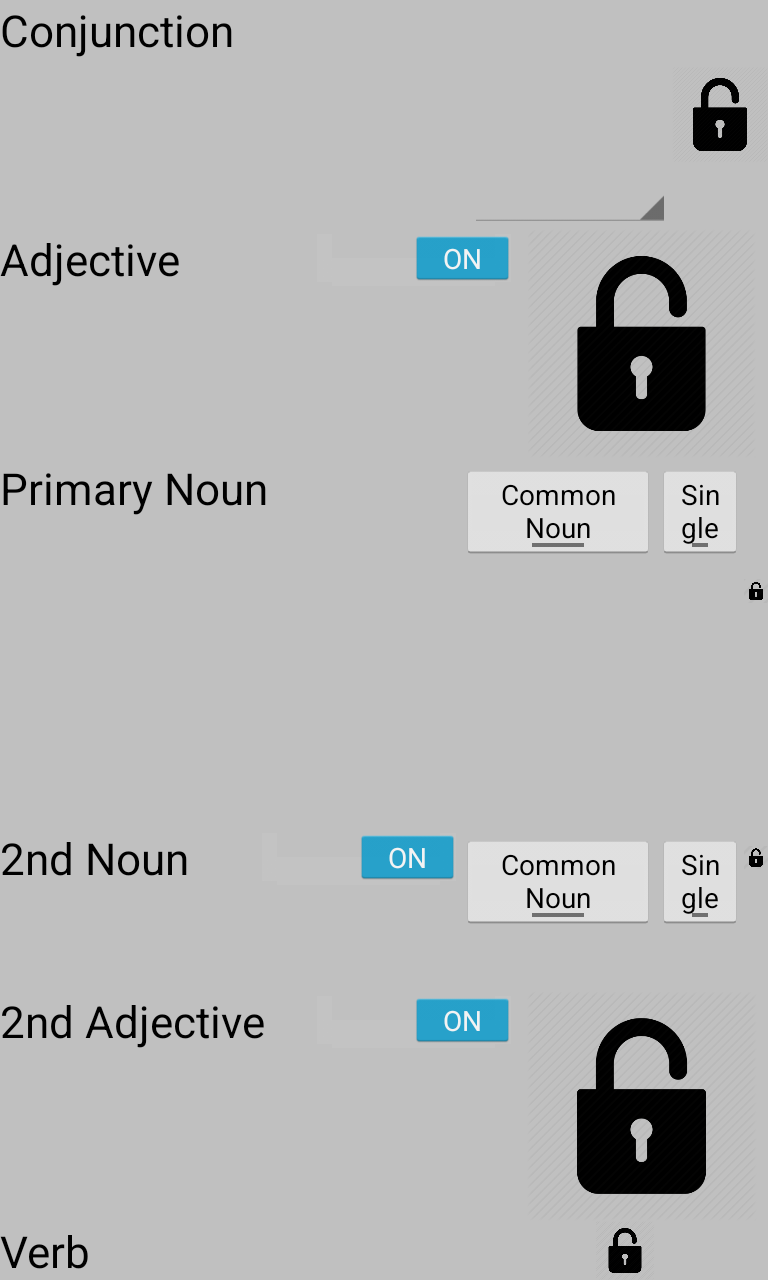
Repository: TheDizzler/TableTopTools
Layout: RPGTools/res/layout/fragment_cause_controls.xml
The author's editor kept a copy of each file at every save. The layout is drawn from the files as they stood at one save, then again after the next save.
It is drawn on a 768 x 1280 px phone screen (xhdpi) without system bars, with theme AppTheme; the app's code is not run.

Above is the layout before, as saved 2017-03-22 08:18:11.

### RPGTools/res/layout/fragment_cause_controls.xml
<?xml version="1.0" encoding="utf-8"?>
<TableLayout xmlns:android="http://schemas.android.com/apk/res/android"
    android:layout_width="match_parent"
    android:layout_height="match_parent"
    android:background="#C0C0C0"
    android:measureWithLargestChild="true"
    android:orientation="vertical"
    android:weightSum="5"
    android:showDividers="beginning">

    <TableRow
        android:id="@+id/tableRow1_cause"
        android:layout_width="match_parent"
        android:layout_height="wrap_content"
        android:layout_weight="1"
        android:orientation="horizontal"
        android:weightSum="3"
        android:showDividers="end">

        <TextView
            android:id="@+id/textView1"
            android:layout_width="wrap_content"
            android:layout_weight="1"
            android:text="Conjunction"
            android:textAppearance="?android:attr/textAppearanceLarge" />

        <Spinner
            android:id="@+id/spinner_Conjunctions"
            android:layout_width="wrap_content"
            android:layout_height="match_parent"
            android:layout_weight="1"
            android:padding="0dp" />

        <ImageView
            android:id="@+id/lockBtn_conj"
            android:layout_width="32dp"
            android:layout_height="match_parent"
            android:layout_weight="1"
            android:src="@drawable/unlocked" />
    </TableRow>

    <TableRow
        android:id="@+id/tableRow2"
        android:layout_width="match_parent"
        android:layout_height="wrap_content"
        android:layout_weight="1"
        android:weightSum="2" >

        <Switch
            android:id="@+id/switch_primaryAdjective"
            android:layout_width="wrap_content"
            android:layout_height="wrap_content"
            android:layout_weight="1"
            android:checked="true"
            android:text="Adjective"
            android:textAppearance="?android:attr/textAppearanceLarge" />

        <ImageView
            android:id="@+id/lockBtn_primaryAdj"
            android:layout_width="32dp"
            android:layout_height="match_parent"
            android:layout_weight="1"
            android:src="@drawable/unlocked" />
    </TableRow>

    <TableRow
        android:id="@+id/tableRow3"
        android:layout_width="match_parent"
        android:layout_height="wrap_content"
        android:layout_weight="1"
        android:weightSum="4" >

        <TextView
            android:id="@+id/textView3"
            android:layout_width="wrap_content"
            android:layout_height="wrap_content"
            android:layout_weight="1"
            android:text="Primary Noun"
            android:textAppearance="?android:attr/textAppearanceLarge" />

        <ToggleButton
            android:id="@+id/toggleBtn_primaryNounProper"
            android:layout_width="wrap_content"
            android:layout_height="wrap_content"
            android:layout_weight="1"
            android:textOff="Common Noun"
            android:textOn="Proper Noun" />

        <ToggleButton
            android:id="@+id/toggleBtn_primaryNounPlural"
            android:layout_width="wrap_content"
            android:layout_height="wrap_content"
            android:layout_weight="1"
            android:textOff="Single"
            android:textOn="Plural" />

        <ImageView
            android:id="@+id/lockBtn_primaryNoun"
            android:layout_width="32dp"
            android:layout_height="match_parent"
            android:layout_weight="1"
            android:src="@drawable/unlocked" />
    </TableRow>

    <TableRow
        android:id="@+id/tableRow4"
        android:layout_width="match_parent"
        android:layout_height="wrap_content"
        android:layout_weight="1"
        android:weightSum="4" >

        <Switch
            android:id="@+id/switch_secondaryNoun"
            android:layout_width="wrap_content"
            android:layout_height="match_parent"
            android:layout_weight="1"
            android:checked="true"
            android:text="2nd Noun"
            android:textAppearance="?android:attr/textAppearanceLarge" />

        <ToggleButton
            android:id="@+id/toggleBtn_secondaryNounProper"
            android:layout_width="wrap_content"
            android:layout_height="wrap_content"
            android:layout_weight="1"
            android:textOff="Common Noun"
            android:textOn="Proper Noun" />

        <ToggleButton
            android:id="@+id/toggleBtn_secondaryNounPlural"
            android:layout_width="wrap_content"
            android:layout_height="wrap_content"
            android:layout_weight="1"
            android:textOff="Single"
            android:textOn="Plural" />

        <ImageView
            android:id="@+id/lockBtn_secondaryNoun"
            android:layout_width="32dp"
            android:layout_height="match_parent"
            android:layout_weight="1"
            android:src="@drawable/unlocked" />
    </TableRow>

    <TableRow
        android:id="@+id/tableRow5"
        android:layout_width="match_parent"
        android:layout_height="wrap_content"
        android:layout_weight="1"
        android:weightSum="2" >

        <Switch
            android:id="@+id/switch_secondaryAdjective"
            android:layout_width="wrap_content"
            android:layout_height="wrap_content"
            android:layout_weight="1"
            android:checked="true"
            android:text="2nd Adjective"
            android:textAppearance="?android:attr/textAppearanceLarge" />

        <ImageView
            android:id="@+id/lockBtn_secondaryAdjective"
            android:layout_width="32dp"
            android:layout_height="match_parent"
            android:layout_weight="1"
            android:src="@drawable/unlocked" />
    </TableRow>

    <TableRow
        android:id="@+id/tableRow6"
        android:layout_width="match_parent"
        android:layout_height="wrap_content"
        android:layout_weight="1"
        android:weightSum="2" >

        <TextView
            android:id="@+id/textView_causeVerb"
            android:layout_width="wrap_content"
            android:layout_height="wrap_content"
            android:text="Verb"
            android:textAppearance="?android:attr/textAppearanceLarge" />

        <ImageView
            android:id="@+id/lockBtn_causeVerb"
            android:layout_width="32dp"
            android:layout_height="match_parent"
            android:layout_weight="1"
            android:src="@drawable/unlocked" />

    </TableRow>

</TableLayout>

Loaded but not shown: RPGTools/res/values/styles.xml (common file); RPGTools/res/values-v11/styles.xml (common file); RPGTools/res/values-v14/styles.xml (common file)

After the next save:
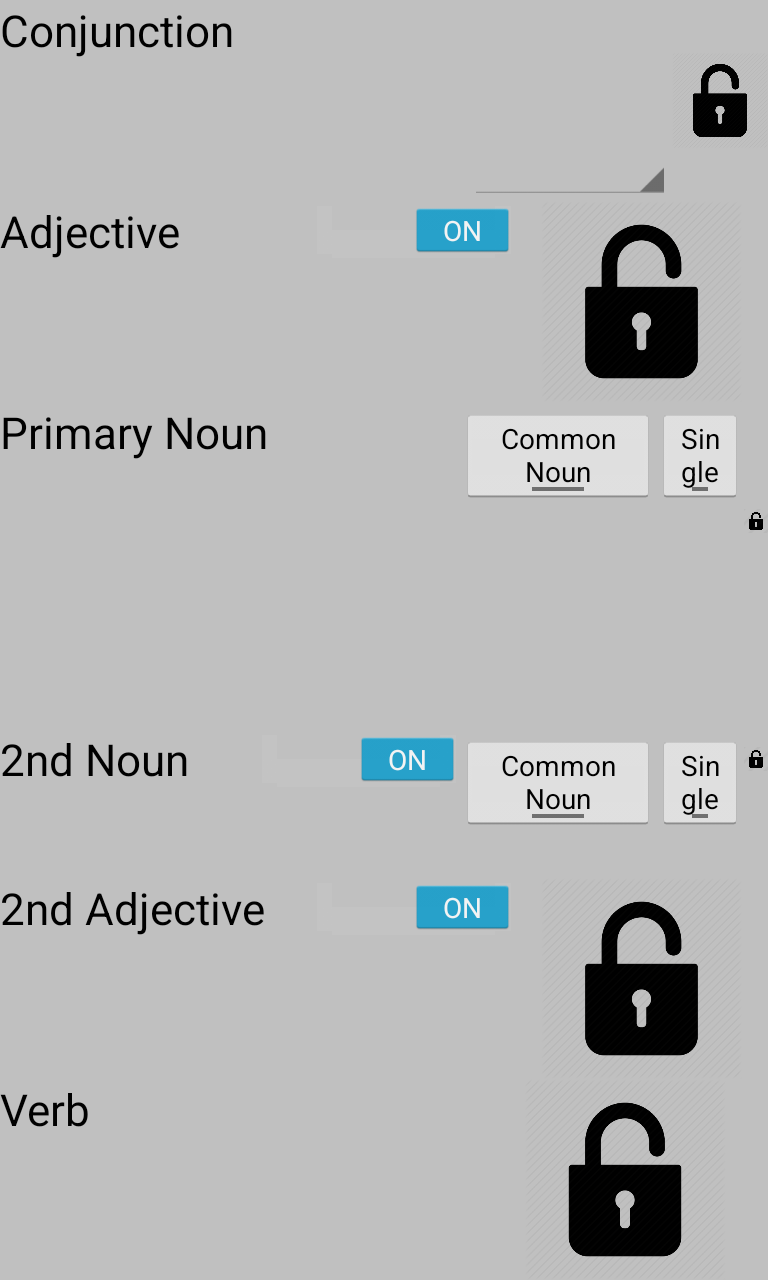
Saved 43 min 15 s later.
--- a/RPGTools/res/layout/fragment_cause_controls.xml
+++ b/RPGTools/res/layout/fragment_cause_controls.xml
@@ -5,7 +5,7 @@
     android:background="#C0C0C0"
     android:measureWithLargestChild="true"
     android:orientation="vertical"
-    android:weightSum="5"
+    android:weightSum="6"
     android:showDividers="beginning">
 
     <TableRow
